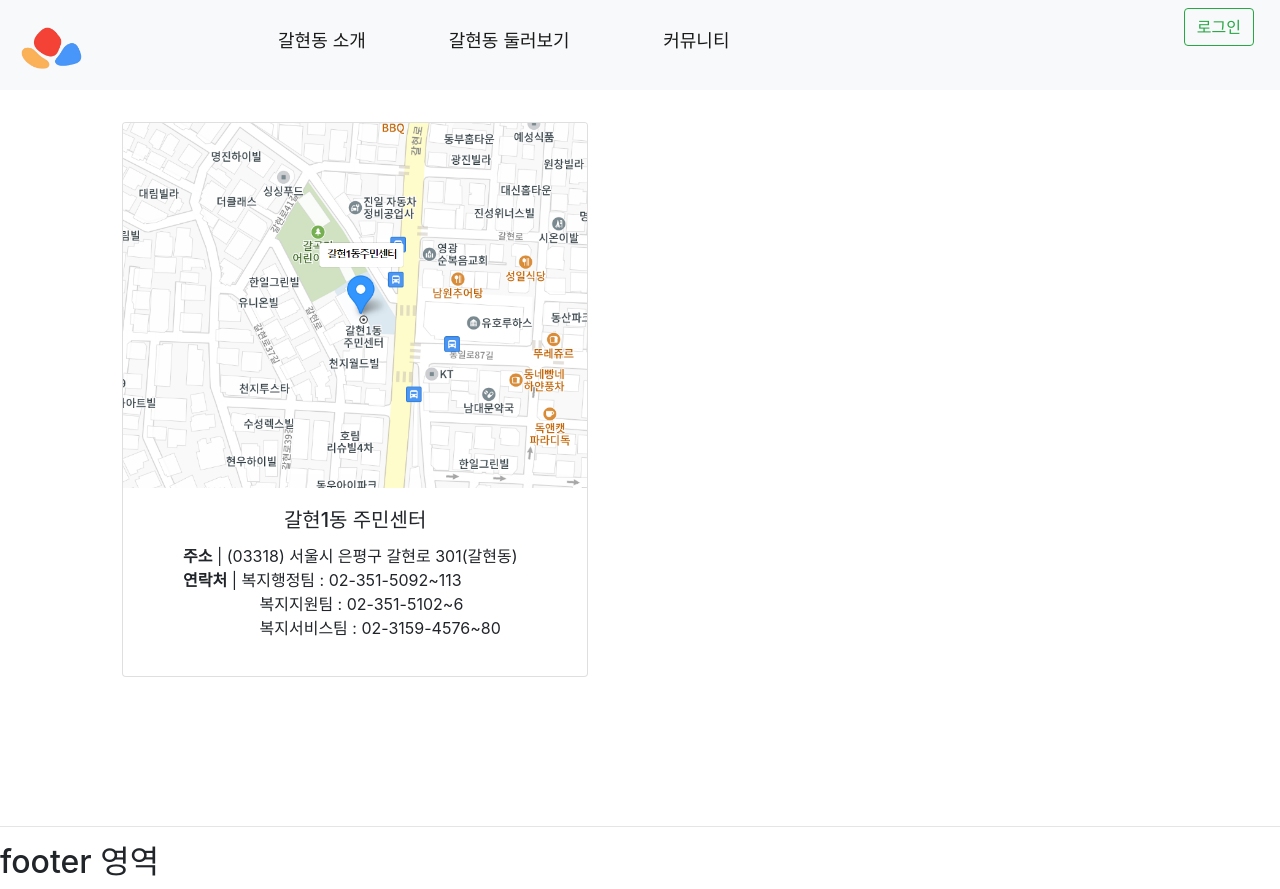
Repository: rnjsmj/pro01
Page: http://localhost/pro01/intro/map.jsp
These files come from the project's save history. The page is drawn as it stood at one moment and after the next save; the edit follows.
The browser window is 1280 px wide. The pictures show the whole page.
The page is served by Tomcat 9. Nobody is signed in. The application's start-up code is not run. Other server files are loaded and not shown. The template is opened directly, without the code that normally fills it, so the values that code supplies are empty.

Above is the page before, as saved 2024-04-14 16:16:42.

### pro01/WebContent/intro/map.jsp
<%@ page language="java" contentType="text/html; charset=UTF-8"
    pageEncoding="UTF-8"%>
<%@ taglib prefix="c" uri="http://java.sun.com/jsp/jstl/core" %>
<%@ taglib prefix="fmt" uri="http://java.sun.com/jsp/jstl/fmt" %>
<c:set var="path0" value="<%=request.getContextPath() %>" />
<!DOCTYPE html>
<html>
<head>
<meta charset="UTF-8">
<title>갈현동 소개 - 지역 유래</title>
<%@ include file="/head.jsp" %>
<style>
	#contents { background-color: #ffffff; height:100vh; text-align:center;justify-content:center; display:grid; }
	.page { padding : 2em; text-align : center; justify-content:center; width:1100px;}
	.map-main {text-align:center; width:100%}
	.div-map1 {float:left; text-align:center;  width:50%; box-sizing:border-box;}
	.div-map2 {float:right; text-align:center;  width:50%; box-sizing:border-box;}


	.box_list { display: inline-block; vertical-align: middle; list-style:none;

    unicode-bidi: isolate;
    text-align:left;}

    .box_item {display:block; position:relative; list-style:none;
    display: inline-block;
    margin: 0;
    padding: 0;
    box-sizing: border-box;
    text-align:left;}
    .box_subject {
    top: 0;
    left: 0;
    font-size: 16px;
    line-height: 24px;
    display: inline-block;
    margin: 0;
    padding: 0;
    box-sizing: border-box;
    text-align:left;
    font-weight:bold;
    }
    .bax-text {
    	position: absolute;
    top: 0;
    left: 0;
    font-size: 16px;
    line-height: 24px;
    display: inline-block;
    margin: 0;
    padding: 0;
    box-sizing: border-box;
    }
    .card {width:90%;}



</style>
</head>
<body>
<div id="header">
	<%@ include file="/header.jsp" %>
</div>
<div id="contents">
	<section class="page" id="page1">

		<div class="map-main">
			<div class="div-map1">
				<div class="card" >
					<img class="card-img-top" src="${path0 }/images/main/map1.png" alt="갈현1동주민센터">
					<div class="card-body">
						<h5 class="card-title">갈현1동 주민센터</h5>
						<ul class="box_list">
							<li class="box_item address">
								<span class="box_subject">주소   </span>
								<span class="box_text">  |  (03318) 서울시 은평구 갈현로 301(갈현동)</span>
							</li>
							<li class="box_item contect">
								<span class="box_subject">연락처  </span>
								<span class="box_text">   |  복지행정팀 : 02-351-5092~113</span><br>&nbsp;&nbsp;&nbsp;&nbsp;&nbsp;&nbsp;&nbsp;&nbsp;&nbsp;&nbsp;&nbsp;&nbsp;&nbsp;&nbsp;&nbsp;&nbsp;
								<span class="box_text">복지지원팀 : 02-351-5102~6</span><br>&nbsp;&nbsp;&nbsp;&nbsp;&nbsp;&nbsp;&nbsp;&nbsp;&nbsp;&nbsp;&nbsp;&nbsp;&nbsp;&nbsp;&nbsp;&nbsp;
								<span class="box_text">복지서비스팀 : 02-3159-4576~80</span>

							</li>
						</ul>
					</div>
				</div>
			</div>

			<div class="div-map2">

			</div>
		</div>
	</section>
</div>
<div id="footer">
	<%@ include file="/footer.jsp" %>
</div>
</body>
</html>

### pro01/WebContent/head.jsp
<%@ page language="java" contentType="text/html; charset=UTF-8"
    pageEncoding="UTF-8"%>
<%@ taglib prefix="c" uri="http://java.sun.com/jsp/jstl/core" %>
<%@ taglib prefix="fmt" uri="http://java.sun.com/jsp/jstl/fmt" %>
<c:set var="ipath" value="<%= request.getContextPath() %>" />
<script src="${ipath }/js/jquery-3.2.1.min.js"></script>
<link rel="stylesheet" href="${ipath }/css/bootstrap.min.css" />
<link rel="stylesheet" href="https://cdnjs.cloudflare.com/ajax/libs/font-awesome/5.7.0/css/all.min.css" />
<script src="${ipath }/js/bootstrap.min.js"></script>
<meta name="viewport" content="width=device-width, initial-scale=1.0">
<meta name="subject" content="갈현동 소개 (Galhyeon-dong Intro)" />
<meta name="description" content="갈현동, 로데오거리, 맛집, 교통" />
<meta name="keywords" content="갈현동, 갈현1동, 갈현2동, 거리, 맛집, 교통편, 연신내역, 연신내, 구산역, 구산동, 구파발, 로데오거리, 연신내로데오거리, 메트로타워, 주점" />
<link rel="icon" href="${ipath }/images/favicon.png" />
<link rel="shortcut icon" href="${ipath}/images/favicon3.png" />
<meta property="og:type" content="website" />
<meta property="og:title" content="갈현동" />
<meta property="og:description" content="갈현동, 로데오거리, 맛집, 교통" />
<meta property="og:image" content="${ipath }/images/site.png" />
<meta property="og:url" content="http://localhost:8091" />
<link rel="stylesheet" href="${ipath }/css/common.css" />

### pro01/WebContent/header.jsp
<%@ page language="java" contentType="text/html; charset=UTF-8"
    pageEncoding="UTF-8"%>
<%@ taglib prefix="c" uri="http://java.sun.com/jsp/jstl/core" %>
<%@ taglib prefix="fmt" uri="http://java.sun.com/jsp/jstl/fmt" %>
<c:set var="hpath" value="<%=request.getContextPath() %>" />

<style>
	.navbar {width:100%; clear:both; display:block;}

	.navbar-brand { float:left; margin-right:80px; margin-top:0px; }
	#gnb {width:100%; height:90px; position:absoulute; top:0px; min-width:1100px; }
	.div-navbar {width:100%; display:block; float:left; }
	#gnb .navbar-nav { width:60%; margin:0auto; float:left; display:block; min-width:606px; text-align:center; margin-left:5%; height:80px;}
	#gnb .nav-item {float:left; position:relative; width:25%; height:80px; line-height:50px; text-align:center; display:block;  }
	#gnb .nav-item a {display:block; }
	.nav-link {font-size:18px;}


	#gnb .sub_menu {display:none; list-style:none; text-align:left; background-color:#ffffff; margin-top:10px; }
	#gnb .sub_menu a {text-decoration:none; color:black;}
	#gnb .sub_menu a:hover {font-weight:600; color:#69634e; }
	#gnb .item .sub_menu li {background-color:#ffffff; }
	#gnb .nav-item:hover .sub_menu {display:block; }
	#gnb .nav-item:hover a.nav-link{font-weight:600; }
	#gnb a {text-decoration:none;}

	.mem-manage {text-align:right;   width:200px; float:right;}
	.ul-mem {list-style:none; }
	.li-mem {list-style:none; margin-left:10px; margin-right:10px; float:right; display:block;}


</style>
<header>
	<nav class="navbar navbar-light bg-light" id="gnb">
	<div class="div-navbar">
  		<a class="navbar-brand" href="/pro01"><img alt="갈현동" src="${hpath }/images/favicon3.png" width=70px></a>
		<ul class="navbar-nav">
    		<li class="nav-item active"><a class="nav-link">갈현동 소개</a>
    			<ul class="sub_menu">
    				<li><a href="${hpath }/intro/origin.jsp">지명유래</a></li>
    				<li><a href="${hpath }/intro/map.jsp">오시는 길</a></li>
    			</ul>
    		</li>
    		<li class="nav-item active"><a class="nav-link">갈현동 둘러보기</a>
    			<ul class="sub_menu">
    				<li><a href="">주요시설 안내</a></li>
    				<li><a href="">맛집 안내</a></li>
    				<li><a href="${hpath }/TrafficList.do">교통편 안내</a></li>
    			</ul>
    		</li>
    		<li class="nav-item active"><a class="nav-link">커뮤니티</a>
    			<ul class="sub_menu">
    				<li><a href="${hpath }/NoticeList.do">공지사항</a></li>
    				<li><a href="${hpath }/QnaList.do">묻고답하기</a></li>
    				<li><a href="">자료실</a></li>
    			</ul>
    		</li>
    		<c:if test="${not empty sid }">
				<c:if test="${!sid.equals('admin')}">
				<li class="nav-item active"><a class="nav-link href="${hpath }/MemberUpdate.do?id=${sid}">마이페이지</a></li>
				</c:if>
				<c:if test="${sid.equals('admin') }">
				<li class="nav-item active"><a class="nav-link href="${hpath }/admin">관리자페이지</a></li>
				</c:if>
			</c:if>
  		</ul>
  		<div class="mem-manage justify-content-end">
  			<ul class="ul-mem">
  				<c:if test="${not empty sid }">
  				<li class="li-mem">
  					<img alt="이미지" src="${hpath }/images/member-icon.svg" width=20px;>
  					<strong>${sname }</strong>
  				</li>
  				<li class="li-mem">
  					<a class="btn btn-outline-success my-2 my-sm-0" href="${hpath }/Logout.do">로그아웃</a>
  				</li>
  				</c:if>
  				<c:if test="${empty sid}">
  				<li class="li-mem">
  					<a class="btn btn-outline-success my-2 my-sm-0" href="${hpath }/member/login.jsp" >로그인</a>
  				</li>
  				</c:if>
  			</ul>
  		</div>
  	</div>
	</nav>
</header>

### pro01/WebContent/footer.jsp
<%@ page language="java" contentType="text/html; charset=UTF-8"
    pageEncoding="UTF-8"%>
<hr>
<footer>
	<h2>footer 영역</h2>
</footer>

### pro01/WebContent/css/common.css
@charset "UTF-8";
#contents {min-height:100%; height:auto; padding-bottom:100px; }
#header {clear:both; height:90px;  min-width:1100px; }
#footer { /*background-color:#2c2c2c; color:#fff;
	position:relative; transform:translateY(-100%); height:100px;*/ }

Loaded but not shown: pro01/WebContent/js/jquery-3.2.1.min.js (library); pro01/WebContent/css/bootstrap.min.css (library); pro01/WebContent/js/bootstrap.min.js (library)

After the next save:
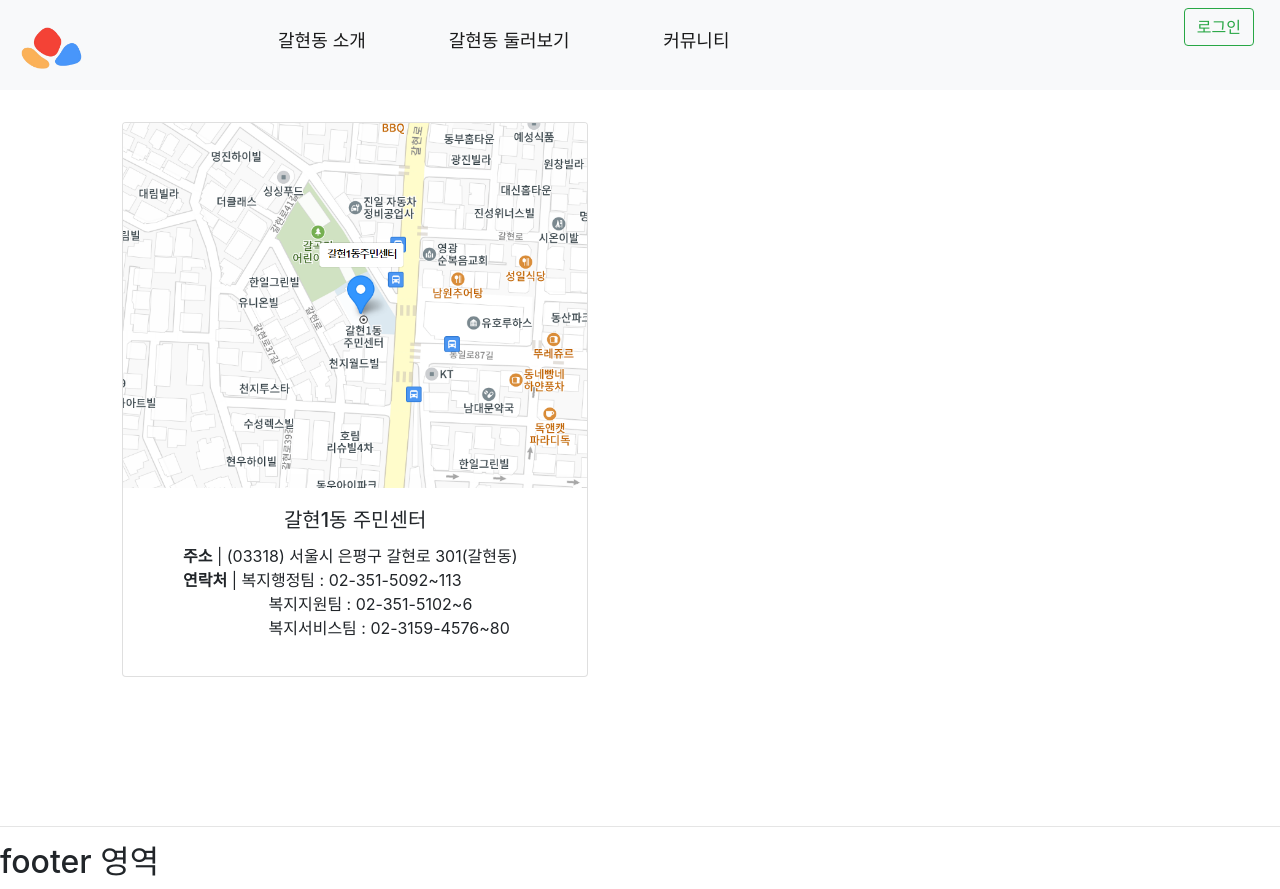
Saved 6 s later.
--- a/pro01/WebContent/intro/map.jsp
+++ b/pro01/WebContent/intro/map.jsp
@@ -77,8 +77,8 @@
 							</li>
 							<li class="box_item contect">
 								<span class="box_subject">연락처  </span>
-								<span class="box_text">   |  복지행정팀 : 02-351-5092~113</span><br>&nbsp;&nbsp;&nbsp;&nbsp;&nbsp;&nbsp;&nbsp;&nbsp;&nbsp;&nbsp;&nbsp;&nbsp;&nbsp;&nbsp;&nbsp;&nbsp;
-								<span class="box_text">복지지원팀 : 02-351-5102~6</span><br>&nbsp;&nbsp;&nbsp;&nbsp;&nbsp;&nbsp;&nbsp;&nbsp;&nbsp;&nbsp;&nbsp;&nbsp;&nbsp;&nbsp;&nbsp;&nbsp;
+								<span class="box_text">   |  복지행정팀 : 02-351-5092~113</span><br>&nbsp;&nbsp;&nbsp;&nbsp;&nbsp;&nbsp;&nbsp;&nbsp;&nbsp;&nbsp;&nbsp;&nbsp;&nbsp;&nbsp;&nbsp;&nbsp;&nbsp;&nbsp;
+								<span class="box_text">복지지원팀 : 02-351-5102~6</span><br>&nbsp;&nbsp;&nbsp;&nbsp;&nbsp;&nbsp;&nbsp;&nbsp;&nbsp;&nbsp;&nbsp;&nbsp;&nbsp;&nbsp;&nbsp;&nbsp;&nbsp;&nbsp;
 								<span class="box_text">복지서비스팀 : 02-3159-4576~80</span>
 
 							</li>
